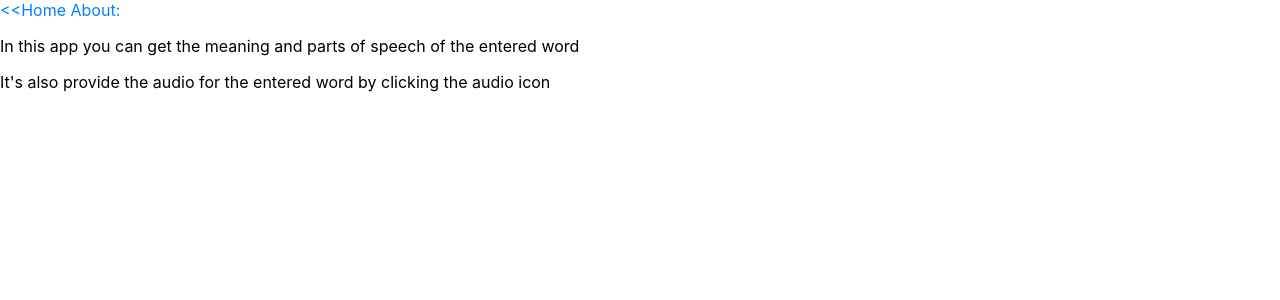
Repository: Josephkennedy603/Dictionary
Page: /about
An editor plug-in stored every save of this project. The page is shown before and after the next save, followed by the edit.
The browser window is 1280 px wide. The pictures show the whole page.
The project was rebuilt for these pictures with package versions that can differ from the ones it lists, and the page was loaded fresh each time. Also part of the build but not shown: src/Home.css, src/Home.js.

Above is the page before, as saved 2024-01-22 13:16:26.

### src/App.js
import { BrowserRouter, Route, Routes } from 'react-router-dom';
import About from './About';
import './App.css';
import Home from './Home';

function App() {
  return (
    <div className="App">
       <BrowserRouter>
        <Routes>
          <Route path='/about' element={<About />} />
          <Route path='/' element={<Home />} />
          <Route path='/about/tamil' element={<tamil/>}></Route>
        </Routes>
     </BrowserRouter>
    </div>
  );
}

export default App;

### src/About.jsx
import React from 'react'
import { Link } from 'react-router-dom'

function About() {
  return (

    <div><Link style={{textDecoration:"none", color:"#0080ff"}} to={"/"}>
    {"<<Home"}</Link> <span style={{color:"#0080ff"}}>About: </span>
    <p> In this app you can get the meaning and parts of speech of the entered word </p>
    <p> It's also provide the audio for the entered word by clicking the audio icon</p>
    </div>
  )
}

export default About

Loaded but not shown: public/index.html (common file); src/index.js (common file); src/index.css (common file); src/App.css (no stored copy; drawn as an empty file)

After the next save:
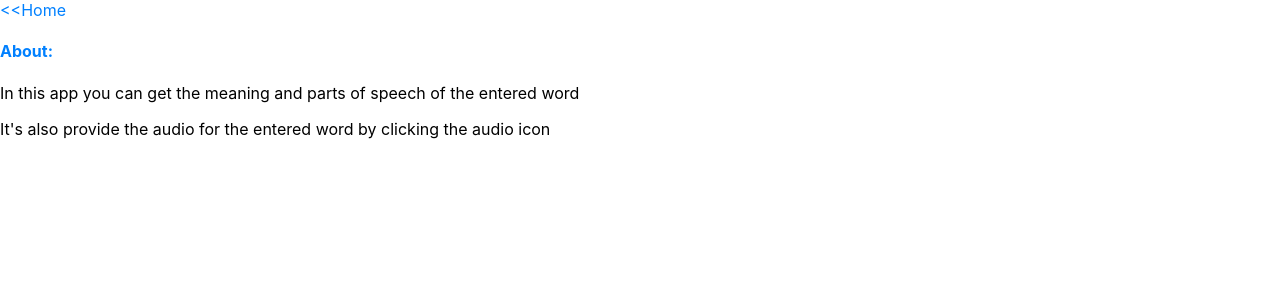
Saved 32 s later.
--- a/src/About.jsx
+++ b/src/About.jsx
@@ -5,7 +5,7 @@ function About() {
   return (
 
     <div><Link style={{textDecoration:"none", color:"#0080ff"}} to={"/"}>
-    {"<<Home"}</Link> <span style={{color:"#0080ff"}}>About: </span>
+    {"<<Home"}</Link> <h4 style={{color:"#0080ff"}}>About: </h4>
     <p> In this app you can get the meaning and parts of speech of the entered word </p>
     <p> It's also provide the audio for the entered word by clicking the audio icon</p>
     </div>
